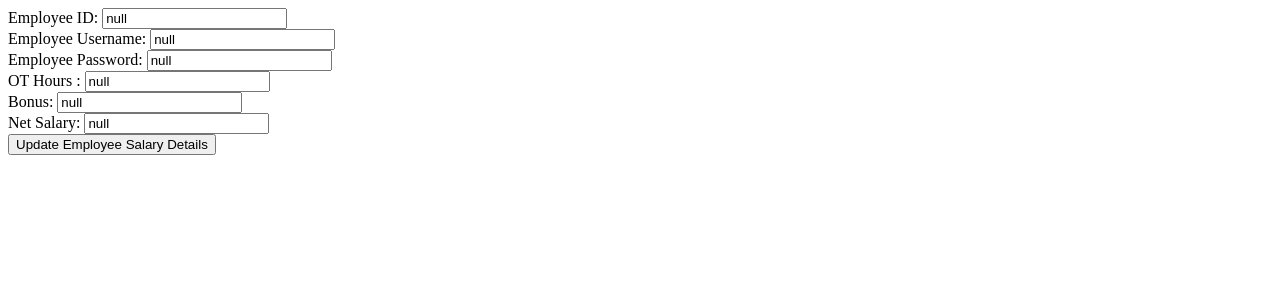
Repository: IT21802508/Employee-Salary-Management-System-OOP
Page: http://localhost/SalaryDemo/employeeDelete.jsp
These files come from the project's save history. The page is drawn as it stood at one moment and after the next save; the edit follows.
The browser window is 1280 px wide. The pictures show the whole page.
The page is served by Tomcat 9. Other server files are loaded and not shown.

Above is the page before, as saved 2023-01-12 03:32:38.

### SalaryDemo/src/main/webapp/employeeDelete.jsp
<%@ page language="java" contentType="text/html; charset=ISO-8859-1"
    pageEncoding="ISO-8859-1"%>
<!DOCTYPE html>
<html>
<head>
<meta charset="ISO-8859-1">
<title>Insert title here</title>
</head>
<body>


<%

String id= request.getParameter("id");
String uname = request.getParameter("username");
String psw=request.getParameter("password");
String othours=request.getParameter("othours");
String bonus=request.getParameter("bonus");
String netsalary=request.getParameter("netsalary");


%>

<form action ="delete" method="post">


Employee ID: <input type="text" name="eid" value="<%= id%>" readonly><br>
Employee Username: <input type="text" name="uname" value="<%= uname%>"><br>
Employee Password: <input type="text" name="psw" value="<%= psw %>" readonly><br>
OT Hours : <input type="text" name="othours" value="<%=othours %>" readonly><br>
Bonus: <input type="text" name="bonus" value="<%=bonus%>" readonly><br>
Net Salary: <input type="text" name="bonus" value="<%=netsalary%>"  readonly><br>


<input type="submit" name="submit" value="Update Employee Salary Details">


</form>


</body>
</html>

After the next save:
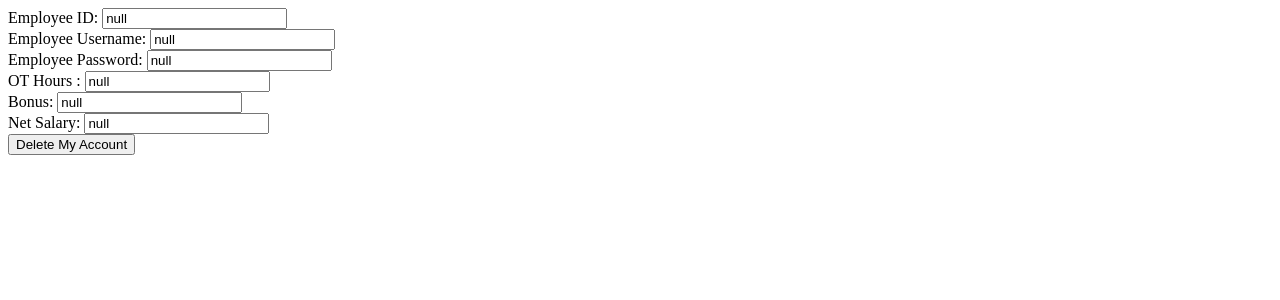
Saved 26 s later.
--- a/SalaryDemo/src/main/webapp/employeeDelete.jsp
+++ b/SalaryDemo/src/main/webapp/employeeDelete.jsp
@@ -32,7 +32,7 @@ Bonus: <input type="text" name="bonus" value="<%=bonus%>" readonly><br>
 Net Salary: <input type="text" name="bonus" value="<%=netsalary%>"  readonly><br>
 
 
-<input type="submit" name="submit" value="Update Employee Salary Details">
+<input type="submit" name="submit" value="Delete My Account">
 
 
 </form>
